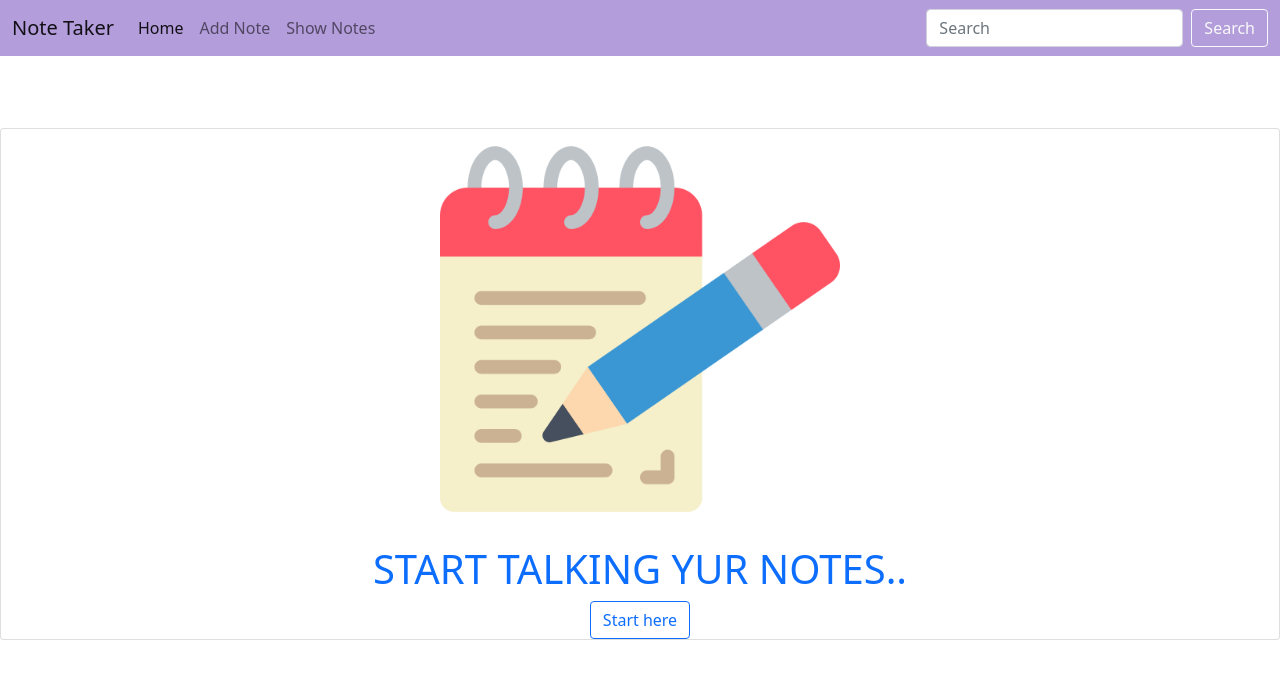
Repository: Tanmoy4672/Hibernate
Page: http://localhost/NoteTaker/
An editor plug-in stored every save of this project. The page is shown before and after the next save, followed by the edit.
The browser window is 1280 px wide. The pictures show the whole page.
The page is served by Tomcat 9. Other server files are loaded and not shown.

Above is the page before, as saved 2021-12-16 22:57:58.

### NoteTaker/src/main/webapp/index.jsp
<!doctype html>
<html lang="en">
<head>
<!-- Required meta tags -->
<meta charset="utf-8">
<meta name="viewport" content="width=device-width, initial-scale=1">

<title>Note Taker :HomePage</title>
<%@include file="All_js_css.jsp"%>

</head>
<body>

	<div class="container-fluid p-0 m-0">
		<%@include file="Navbar.jsp"%>

		<br>
		<div class="card my-5">
			<img alt="" class="img-fluid mx-auto" style="max-width: 400px"
				src="img/notepad.png">
			<h1 class="text-primary text-uppercase text-center mt-3">Start
				talking yur notes..</h1>
			<div class="container text-center">
				<button class="btn btn-outline-primary">Start
					here</button>
			</div>
		</div>
	</div>















</body>
</html>

### NoteTaker/src/main/webapp/All_js_css.jsp
<!-- Bootstrap CSS -->
    <link href="https://cdn.jsdelivr.net/npm/bootstrap@5.0.2/dist/css/bootstrap.min.css" rel="stylesheet" integrity="sha384-EVSTQN3/azprG1Anm3QDgpJLIm9Nao0Yz1ztcQTwFspd3yD65VohhpuuCOmLASjC" crossorigin="anonymous">
    <link href="CSS/style.css" rel="stylesheet"/>

 <!-- Optional JavaScript; choose one of the two! -->

    <!-- Option 1: Bootstrap Bundle with Popper -->
    <script src="https://cdn.jsdelivr.net/npm/bootstrap@5.0.2/dist/js/bootstrap.bundle.min.js" integrity="sha384-MrcW6ZMFYlzcLA8Nl+NtUVF0sA7MsXsP1UyJoMp4YLEuNSfAP+JcXn/tWtIaxVXM" crossorigin="anonymous"></script>

    <!-- Option 2: Separate Popper and Bootstrap JS -->

    <script src="https://cdn.jsdelivr.net/npm/@popperjs/core@2.9.2/dist/umd/popper.min.js" integrity="sha384-IQsoLXl5PILFhosVNubq5LC7Qb9DXgDA9i+tQ8Zj3iwWAwPtgFTxbJ8NT4GN1R8p" crossorigin="anonymous"></script>
    <script src="https://cdn.jsdelivr.net/npm/bootstrap@5.0.2/dist/js/bootstrap.min.js" integrity="sha384-cVKIPhGWiC2Al4u+LWgxfKTRIcfu0JTxR+EQDz/bgldoEyl4H0zUF0QKbrJ0EcQF" crossorigin="anonymous"></script>

### NoteTaker/src/main/webapp/Navbar.jsp
<nav class="navbar navbar-expand-lg navbar-light purple">
	<div class="container-fluid">
		<a class="navbar-brand" href="index.jsp">Note Taker</a>
		<button class="navbar-toggler" type="button" data-bs-toggle="collapse"
			data-bs-target="#navbarSupportedContent"
			aria-controls="navbarSupportedContent" aria-expanded="false"
			aria-label="Toggle navigation">
			<span class="navbar-toggler-icon"></span>
		</button>
		<div class="collapse navbar-collapse" id="navbarSupportedContent">
			<ul class="navbar-nav me-auto mb-2 mb-lg-0">
				<li class="nav-item"><a class="nav-link active"
					aria-current="page" href="index.jsp">Home</a></li>
				<li class="nav-item"><a class="nav-link" href="add_notes.jsp">Add Note</a></li>

				<li class="nav-item"><a class="nav-link" href="all_notes.jsp"
					tabindex="-1" >Show Notes</a></li>
			</ul>
			<form class="d-flex">
				<input class="form-control me-2" type="search" placeholder="Search"
					aria-label="Search">
				<button class="btn btn-outline-light" type="submit">Search</button>
			</form>
		</div>
	</div>
</nav>

### NoteTaker/src/main/webapp/CSS/style.css
.purple{
	background: #b39ddb;
}

After the next save:
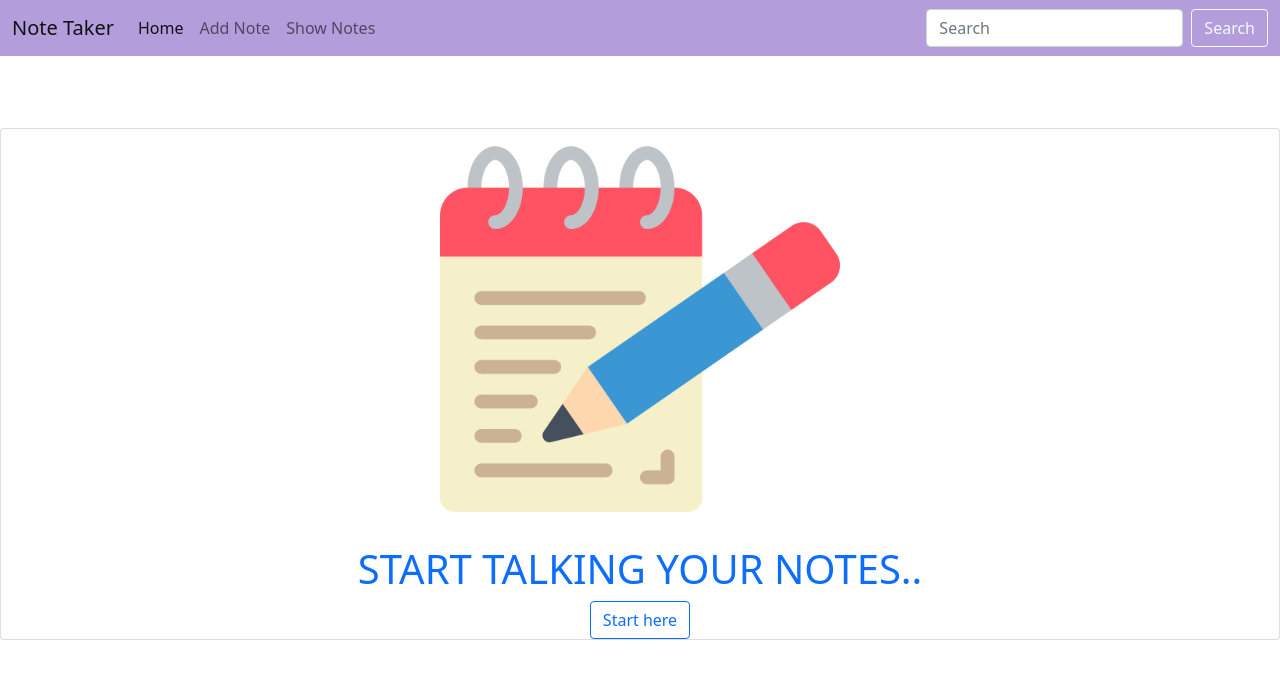
Saved 21 s later.
--- a/NoteTaker/src/main/webapp/index.jsp
+++ b/NoteTaker/src/main/webapp/index.jsp
@@ -19,7 +19,7 @@
 			<img alt="" class="img-fluid mx-auto" style="max-width: 400px"
 				src="img/notepad.png">
 			<h1 class="text-primary text-uppercase text-center mt-3">Start
-				talking yur notes..</h1>
+				talking your notes..</h1>
 			<div class="container text-center">
 				<button class="btn btn-outline-primary">Start
 					here</button>
